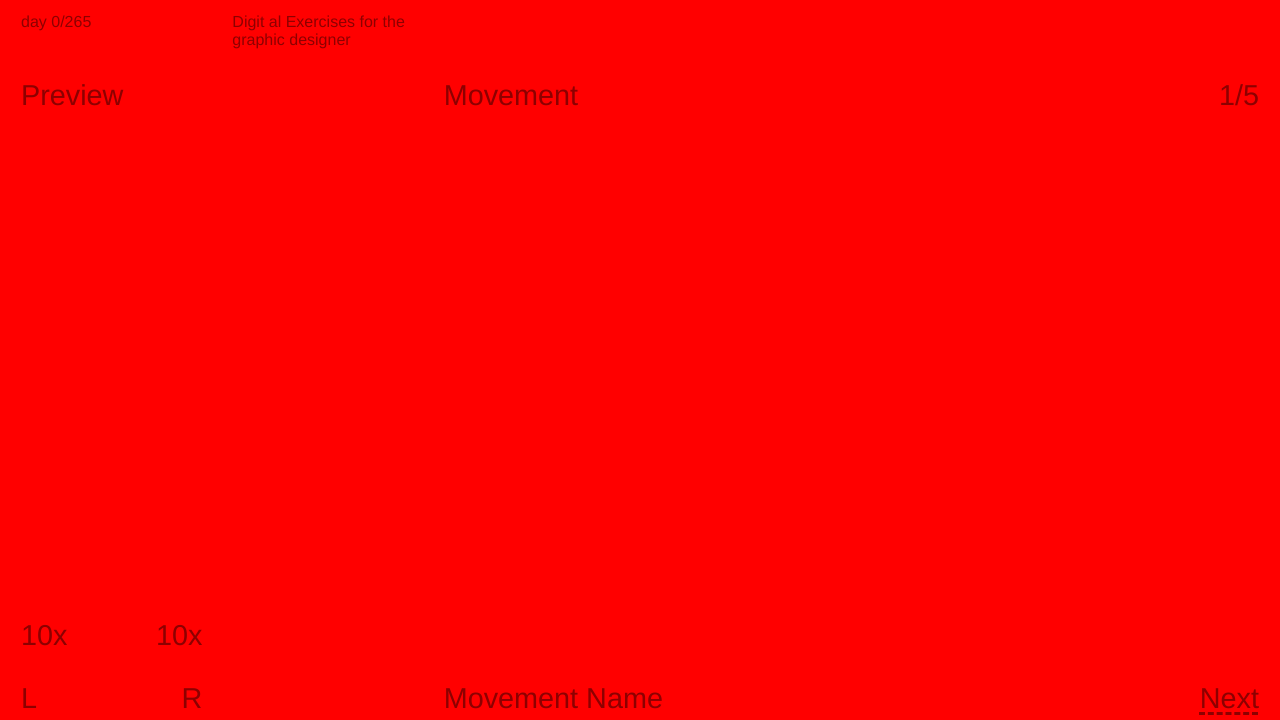
Repository: NoIdeasStudio/holiday-card-2024
Page: digit-al-exercises.html
The author's editor kept a copy of each file at every save. The page is drawn from the files as they stood at one save, then again after the next save.
The browser window is 1280 px wide. The pictures show the whole page.

Above is the page before, as saved 2024-12-04 13:00:43.

After the next save:
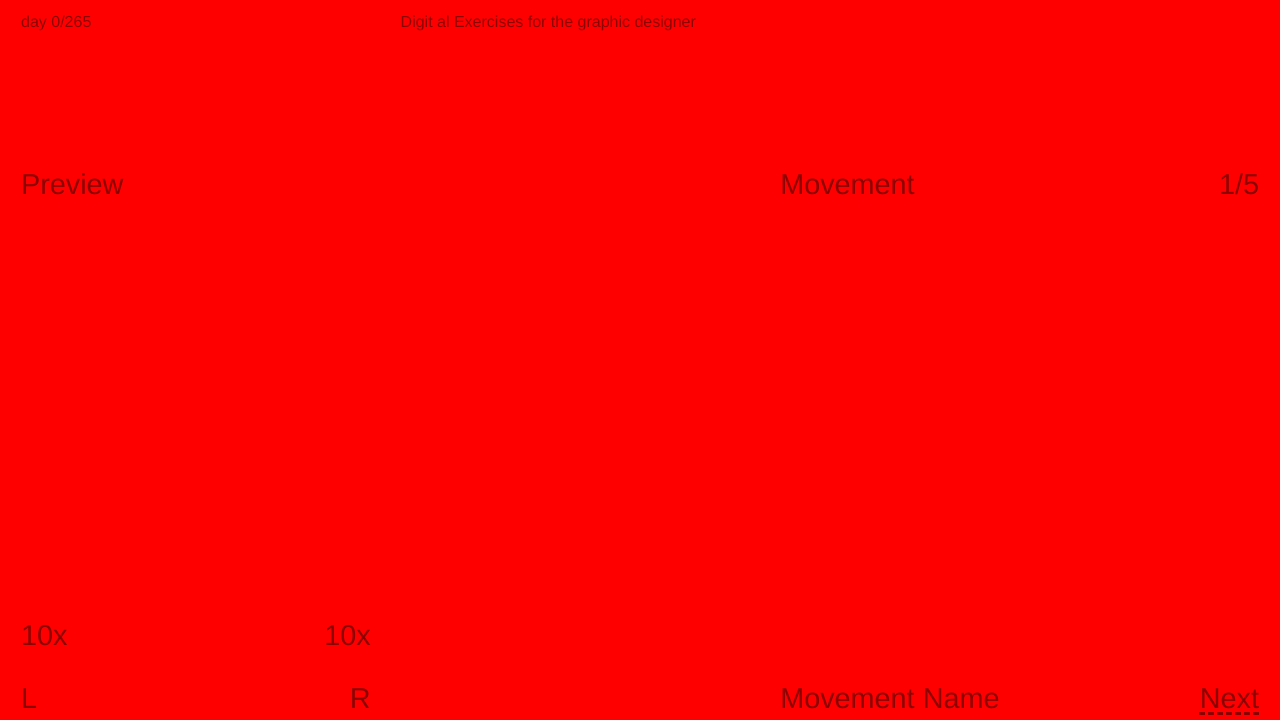
Saved 4 s later.
--- a/style.css
+++ b/style.css
@@ -76,7 +76,7 @@
 
 
 
-  @media (min-width: 500px min-height: 400px) {
+  @media (min-width: 500px) {
     .wrapper {
         height: 100vh;
         width: 100vw;
